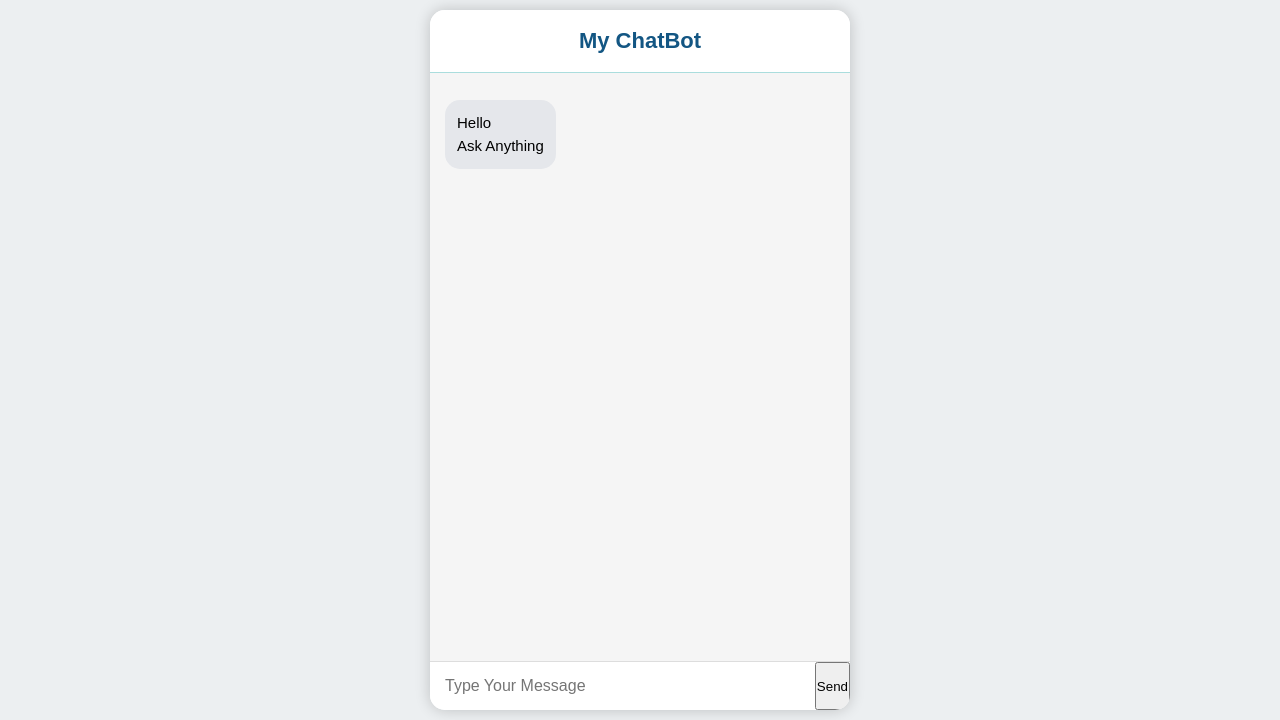
Repository: nt269782-web/Offline-ChatBot
Page: front.html
An editor plug-in stored every save of this project. The page is shown before and after the next save, followed by the edit.
The browser window is 1280 px wide. The pictures show the whole page.

Above is the page before, as saved 2026-07-08 12:52:17.

After the next save:
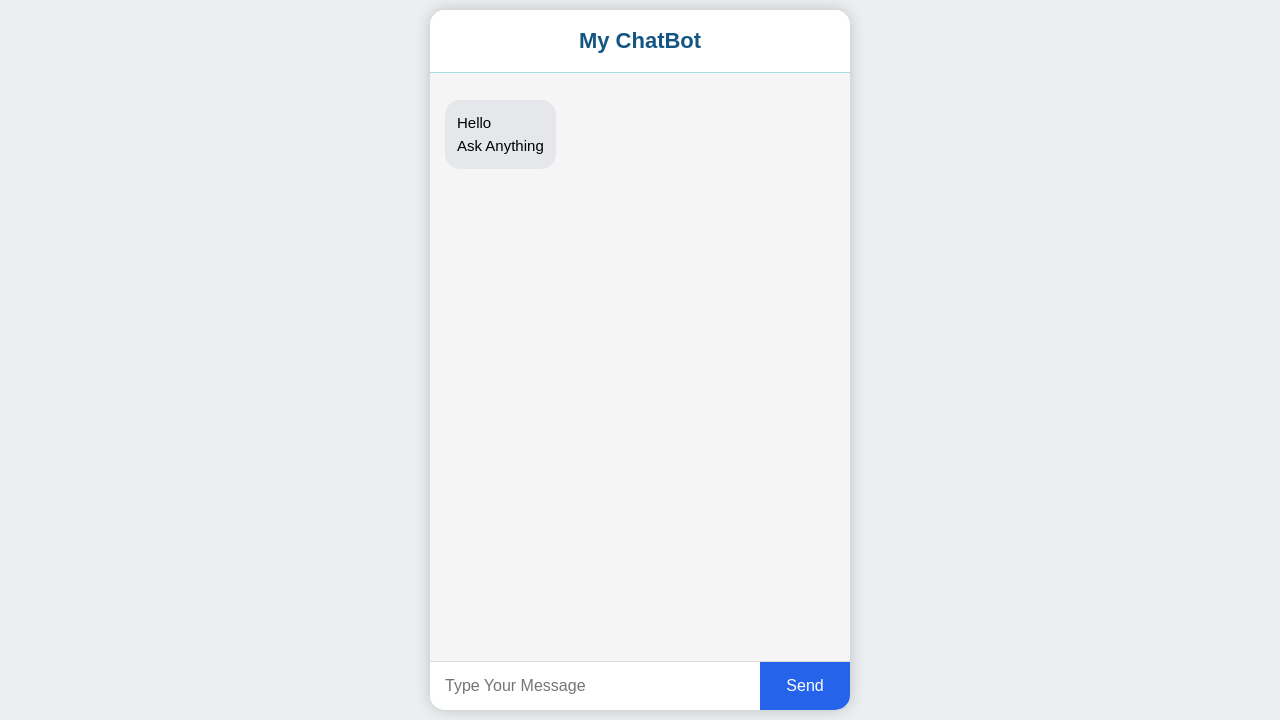
Saved 24 s later.
--- a/front.html
+++ b/front.html
@@ -97,6 +97,20 @@
             font-size: 16px;
         }
 
+        button{
+    width:90px;
+    border:none;
+    background:#2563eb;
+    color:white;
+    font-size:16px;
+    cursor:pointer;
+}
+
+button:hover{
+    background:#1d4ed8;
+}
+
+
     </style>
 </head>
 
